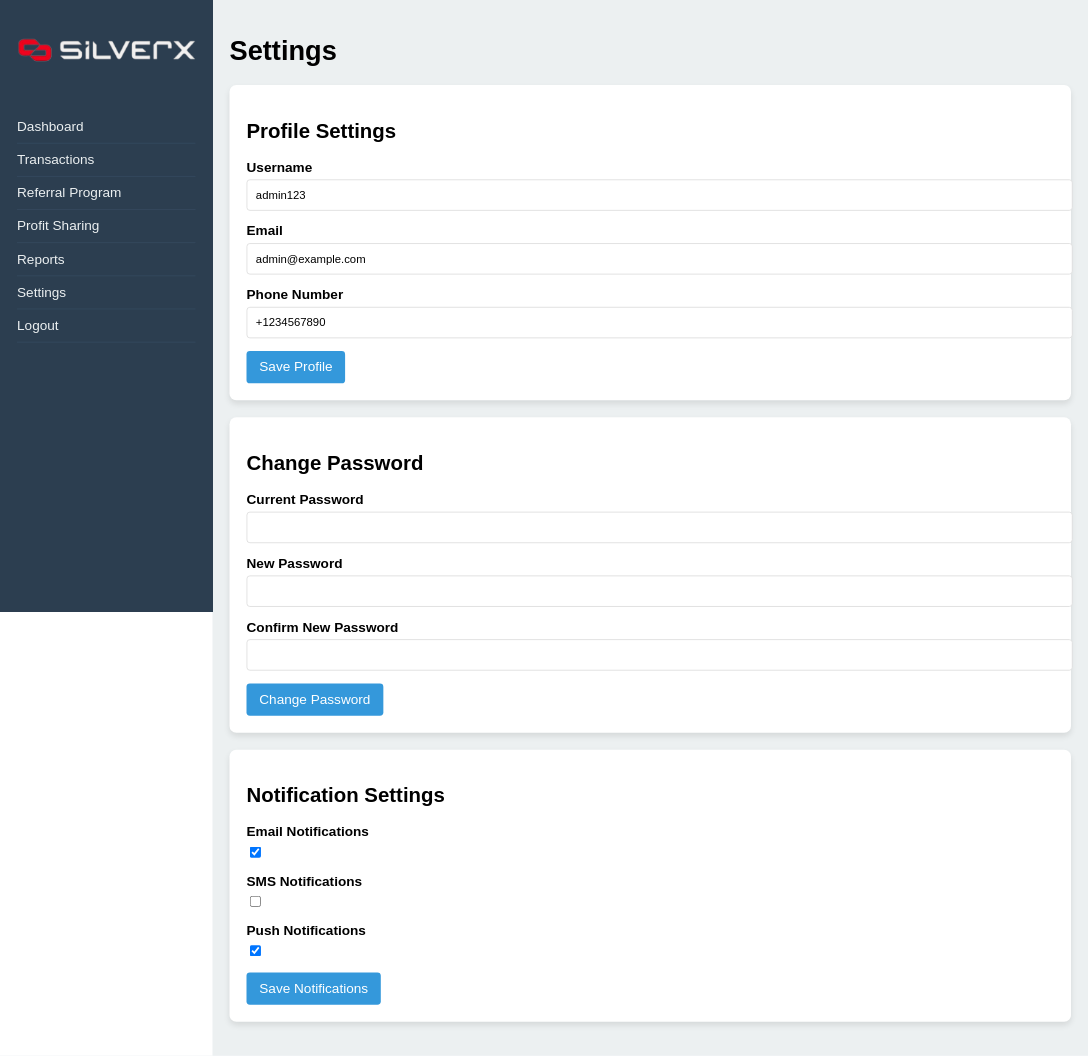
Repository: 2025silverx/slivedrX
Page: setting.html
An editor plug-in stored every save of this project. The page is shown before and after the next save, followed by the edit.
The browser window is 1280 px wide. The pictures show the whole page, at 85% of full size.

Above is the page before, as saved 2025-01-19 13:57:36.

After the next save:
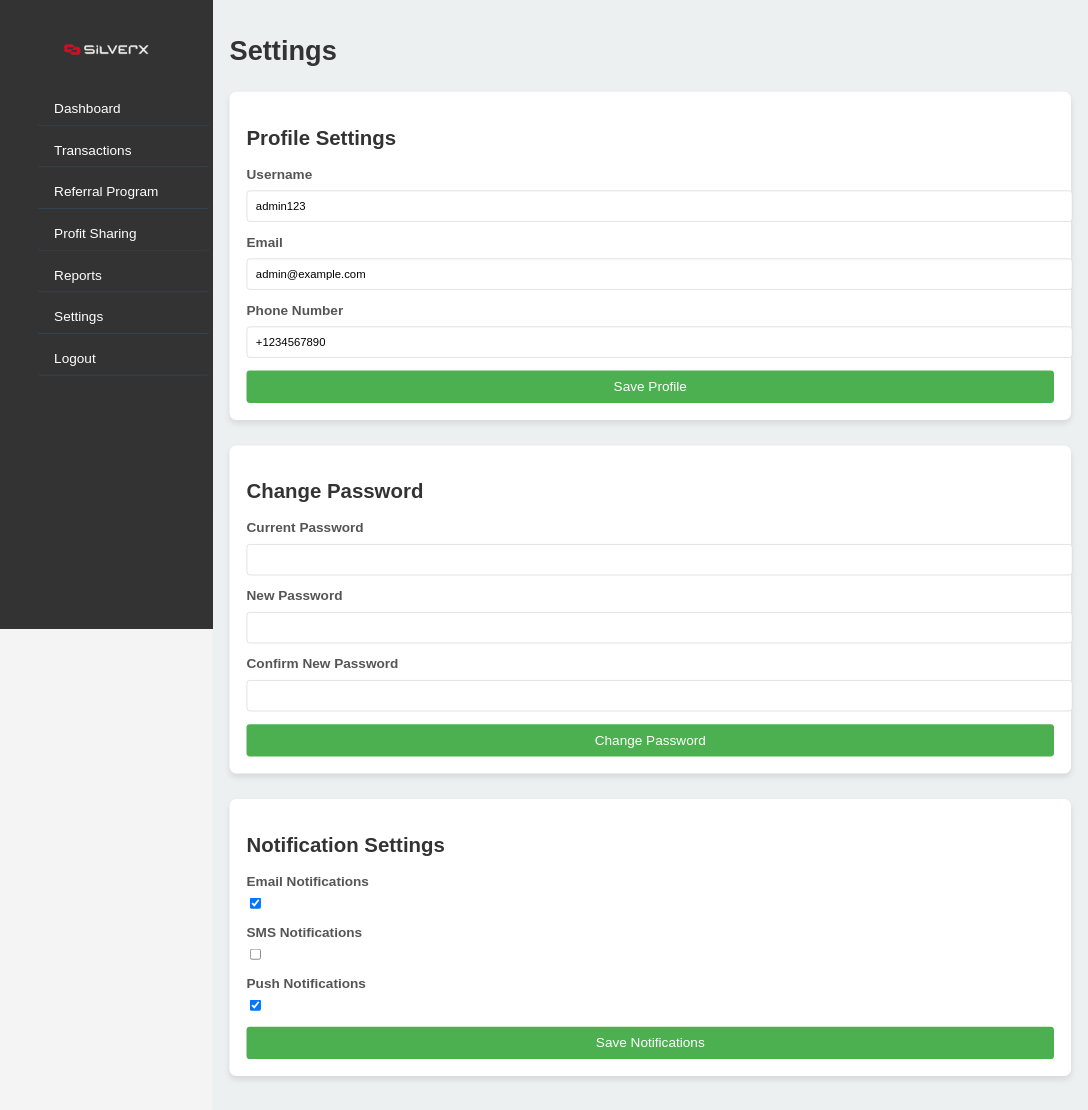
Saved 18 min 49 s later.
--- a/settings.css
+++ b/settings.css
@@ -98,3 +98,139 @@ body {
 .btn:hover {
     background: #2980b9;
 }
+/* General Styles */
+body {
+    font-family: Arial, sans-serif;
+    background-color: #f4f4f4;
+    margin: 0;
+    padding: 0;
+}
+
+.main-content {
+    margin-left: 250px; /* Sidebar width */
+    padding: 20px;
+}
+
+h1, h2 {
+    color: #333;
+}
+
+/* Sidebar Styles */
+#sidebar-container {
+    position: fixed;
+    width: 250px;
+    height: 100%;
+    background-color: #333;
+    color: white;
+    padding-top: 20px;
+}
+
+.sidebar {
+    display: flex;
+    flex-direction: column;
+    align-items: center;
+}
+
+.sidebar-logo {
+    width: 100px;
+    margin-bottom: 20px;
+}
+
+.sidebar-links {
+    list-style: none;
+    padding: 0;
+}
+
+.sidebar-link {
+    text-decoration: none;
+    color: white;
+    padding: 10px 20px;
+    display: block;
+    width: 100%;
+    margin-bottom: 10px;
+    border-radius: 4px;
+    transition: background-color 0.3s;
+}
+
+.sidebar-link:hover {
+    background-color: #575757;
+}
+
+/* Form and Table Styles */
+.settings-section {
+    margin-top: 30px;
+    background-color: white;
+    padding: 20px;
+    border-radius: 8px;
+    box-shadow: 0 4px 8px rgba(0, 0, 0, 0.1);
+}
+
+.settings-form {
+    display: flex;
+    flex-direction: column;
+}
+
+.form-group {
+    margin-bottom: 15px;
+}
+
+label {
+    font-weight: bold;
+    color: #555;
+}
+
+input[type="text"],
+input[type="email"],
+input[type="password"] {
+    width: 100%;
+    padding: 10px;
+    margin-top: 5px;
+    border-radius: 4px;
+    border: 1px solid #ddd;
+}
+
+input[type="checkbox"] {
+    margin-top: 5px;
+}
+
+button.btn {
+    padding: 10px 20px;
+    background-color: #4CAF50;
+    color: white;
+    border: none;
+    border-radius: 4px;
+    cursor: pointer;
+    transition: background-color 0.3s;
+}
+
+button.btn:hover {
+    background-color: #45a049;
+}
+
+/* Commission Table Styles */
+.commission-table {
+    width: 100%;
+    border-collapse: collapse;
+    margin-top: 20px;
+}
+
+.commission-table th,
+.commission-table td {
+    padding: 10px;
+    text-align: left;
+    border-bottom: 1px solid #ddd;
+}
+
+.commission-table th {
+    background-color: #f4f4f4;
+    color: #333;
+}
+
+.commission-table td {
+    background-color: #fff;
+    color: #555;
+}
+
+.commission-table tr:hover {
+    background-color: #f1f1f1;
+}
